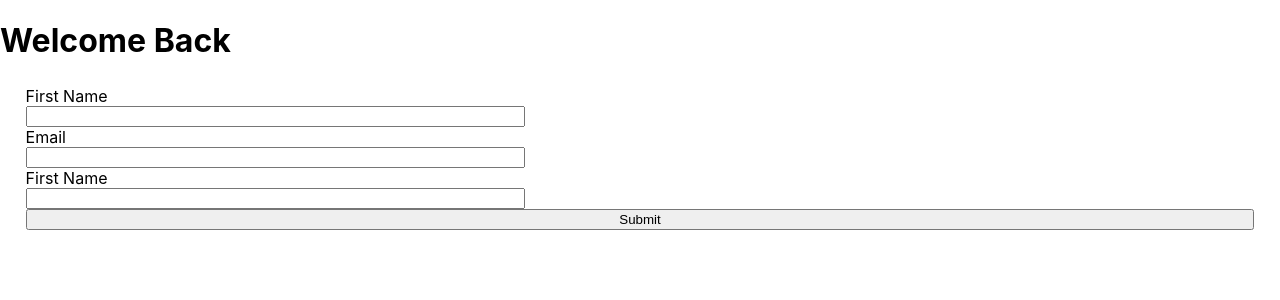
Repository: fatimash2123/todoApp
Page: /
The author's editor kept a copy of each file at every save. The page is drawn from the files as they stood at one save, then again after the next save.
The browser window is 1280 px wide. The pictures show the whole page.
The project was rebuilt for these pictures with package versions that can differ from the ones it lists, and the page was loaded fresh each time.

Above is the page before, as saved 2024-02-12 13:15:07.

After the next save:
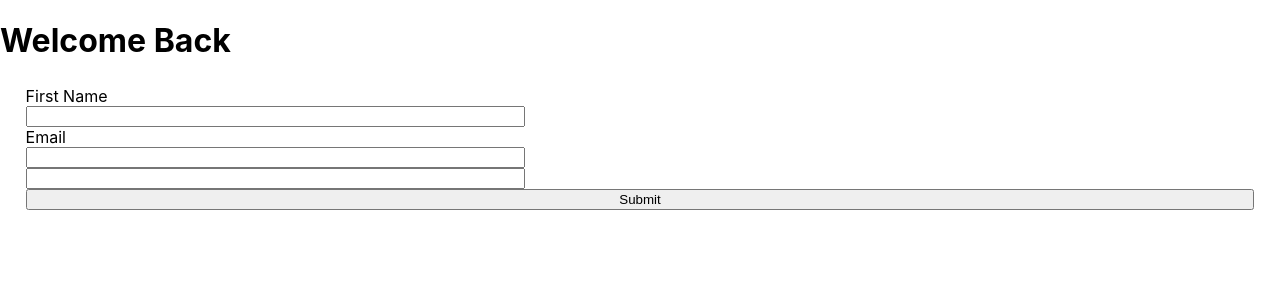
Saved 19 s later.
--- a/src/components/CustomFormikInputComponent/CustomFormikInputComponent.tsx
+++ b/src/components/CustomFormikInputComponent/CustomFormikInputComponent.tsx
@@ -16,7 +16,7 @@ function CustomFormikInputComponent({
 }: CustomFormikInputComponentProps) {
   return (
     <>
-      <label htmlFor={name}>First Name</label>
+      <label htmlFor={name}>{label}</label>
       <input type={type} id={name} name={name} />
       {meta.touched && meta.error ? <p>{meta.error}</p> : null}
     </>

After the 2 saves that followed:
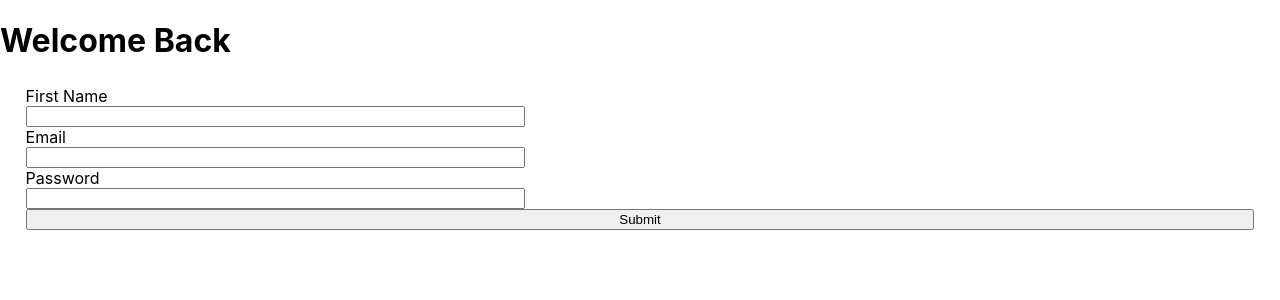
The 2 saves are shown as one change because they came seconds apart.
The last was saved 25 s later.
--- a/src/pages/Login/Login.tsx
+++ b/src/pages/Login/Login.tsx
@@ -54,7 +54,7 @@ function Login() {
                 console.log(props);
                 const{form,field,meta}=props
                 return(
-                    <CustomFormikInputComponent form={form} field={field} meta={meta} name={"password"} type={"password"}/>
+                    <CustomFormikInputComponent form={form} field={field} meta={meta} name={"password"} type={"password"} label={"Password"}/>
                 )
 
             }}
